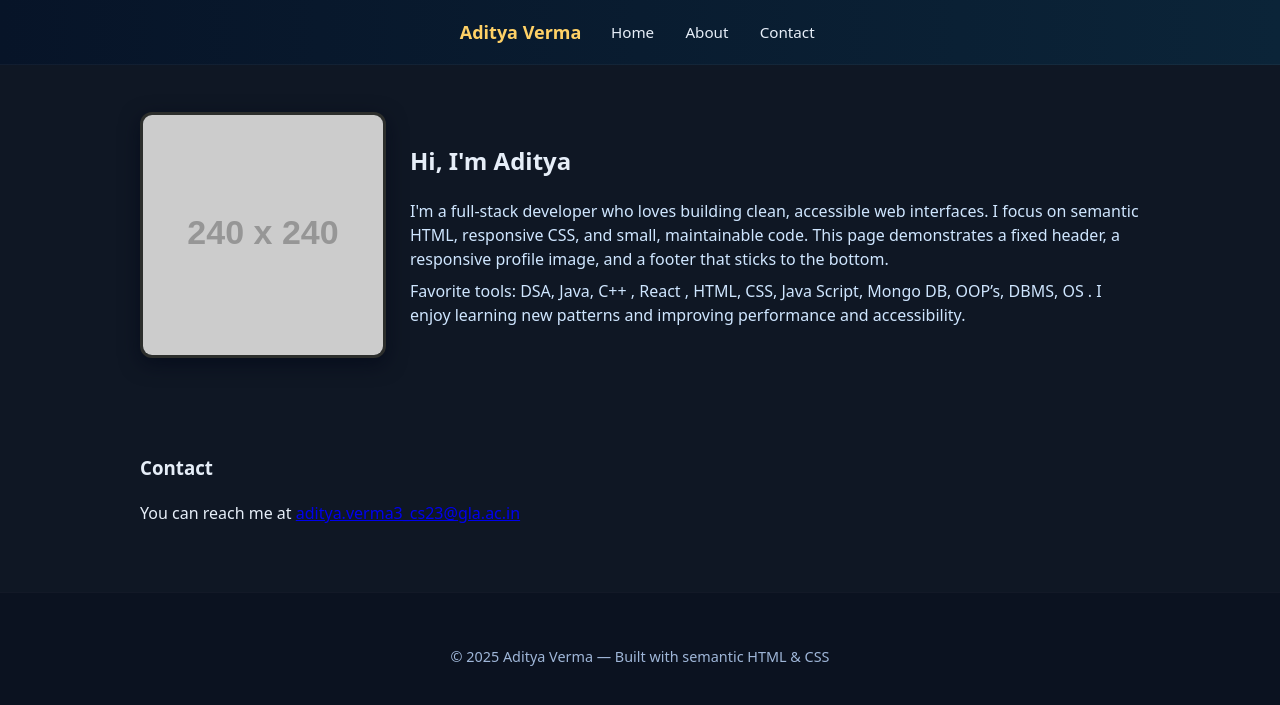
Repository: AdityaTech-Pro/FullStackWithBridgelabz
Page: Assignment5/Ques1/index.html
These files come from the project's save history. The page is drawn as it stood at one moment and after the next save; the edit follows.
The browser window is 1280 px wide. The pictures show the whole page.

Above is the page before, as saved 2025-11-04 09:02:32.

After the next save:
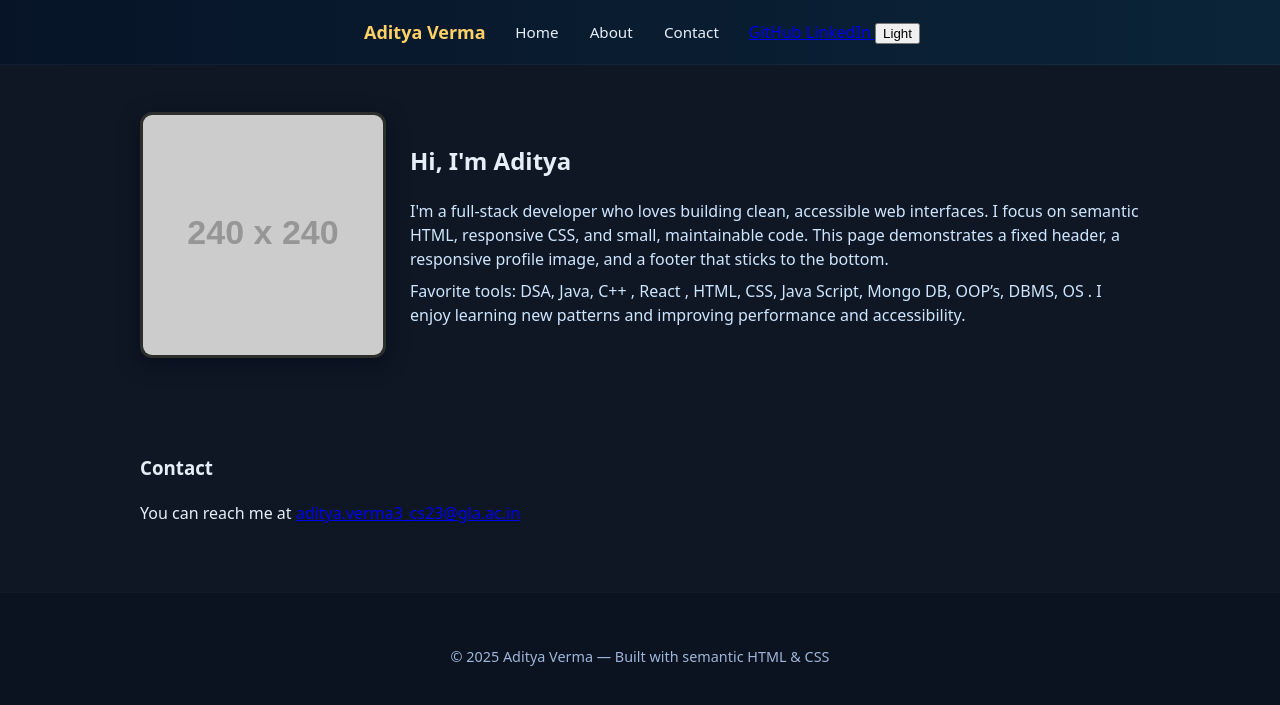
Saved 109 s later.
--- a/Assignment5/Ques1/index.html
+++ b/Assignment5/Ques1/index.html
@@ -19,6 +19,21 @@
                     <li><a href="#contact">Contact</a></li>
                 </ul>
             </nav>
+
+            <!-- Header actions: social links and theme toggle -->
+            <div class="header-actions">
+                <a class="social-link" href="https://github.com/your-github-username" target="_blank" rel="noopener noreferrer" aria-label="GitHub">
+                    GitHub
+                </a>
+                <a class="social-link" href="https://www.linkedin.com/in/your-linkedin-username" target="_blank" rel="noopener noreferrer" aria-label="LinkedIn">
+                    LinkedIn
+                </a>
+
+                <!-- Theme toggle: toggles light/dark theme and persists choice -->
+                <button id="theme-toggle" class="theme-toggle" aria-pressed="false" title="Toggle light/dark theme">
+                    Light
+                </button>
+            </div>
         </div>
     </header>
 
